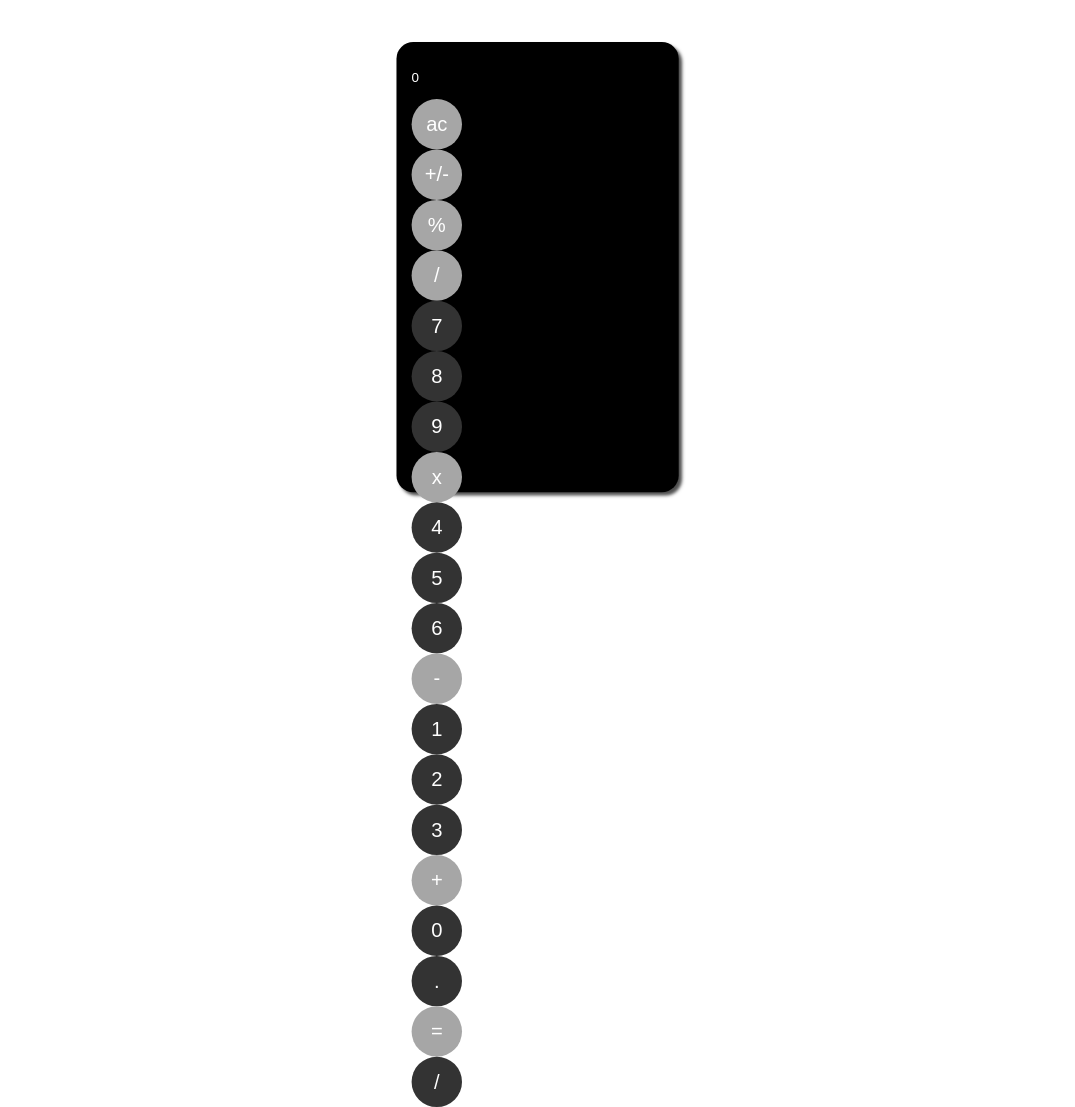
Repository: batonAnton/iphoneCalculator
Page: index.html
The author's editor kept a copy of each file at every save. The page is drawn from the files as they stood at one save, then again after the next save.
The browser window is 1280 px wide. The pictures show the whole page, at 84% of full size.

Above is the page before, as saved 2022-03-09 18:18:18.

### index.html
<!DOCTYPE html>
<html lang="en">
<head>
    <meta charset="UTF-8">
    <meta http-equiv="X-UA-Compatible" content="IE=edge">
    <meta name="viewport" content="width=device-width, initial-scale=1.0">
    <title>Calculator</title>
    <link rel="stylesheet" href="style.css">
</head>
<body>
    <div class="calc">
        <div class="calc-screen">
            <p>0</p>
        </div>
        <div class="butons">
             <div class="btn ac bg-grey">ac</div>
             <div class="btn plus-minus bg-grey">+/-</div>
             <div class="btn percent bg-grey">%</div>
             <div class="btn division bg-orange">/</div>

             <div class="btn seven">7</div>
             <div class="btn eight">8</div>
             <div class="btn nine">9</div>
             <div class="btn multiply bg-orange">x</div>

             <div class="btn four">4</div>
             <div class="btn five">5</div>
             <div class="btn six">6</div>
             <div class="btn minus bg-orange">-</div>

             <div class="btn one">1</div>
             <div class="btn two">2</div>
             <div class="btn three">3</div>
             <div class="btn plus bg-orange ">+</div>

             <div class="btn zero">0</div>
             <div class="btn dot">.</div>
             <div class="btn equal bg-orange">=</div>
             <div class="btn">/</div>
        </div>
    </div>
</body>
</html>

### style.css
/*
colors
bg #000
orange #ff9501
grey #a6a6a6
white #fdfdfd
*/

.calc {
  margin: 50px auto;
  width: 300px;
  height: 500px;
  /* border: 1px solid#000;  */
  border-radius: 20px;
  background: #000;
  color: #fff;
  font-family: Arial, Helvetica, sans-serif;
  padding: 18px;
  box-shadow: 4px 4px 4px #4f4f4f;
}
.buttons {
  display: grid;
}
.btn {
  width: 60px;
  height: 60px;
  background-color: #333;
  border-radius: 50%;
  text-align: center;
  line-height: 60px;
  font-size: 1.5rem;
  cursor: pointer;
}

.btn:hover {
  filter: brightness(120%);
}

.btn:active {
  filter: brightness(90%);
}

.bg-grey {
  background-color: #a6a6a6;
}

.bg-orange {
    background-color: #a6a6a6;
  }

After the next save:
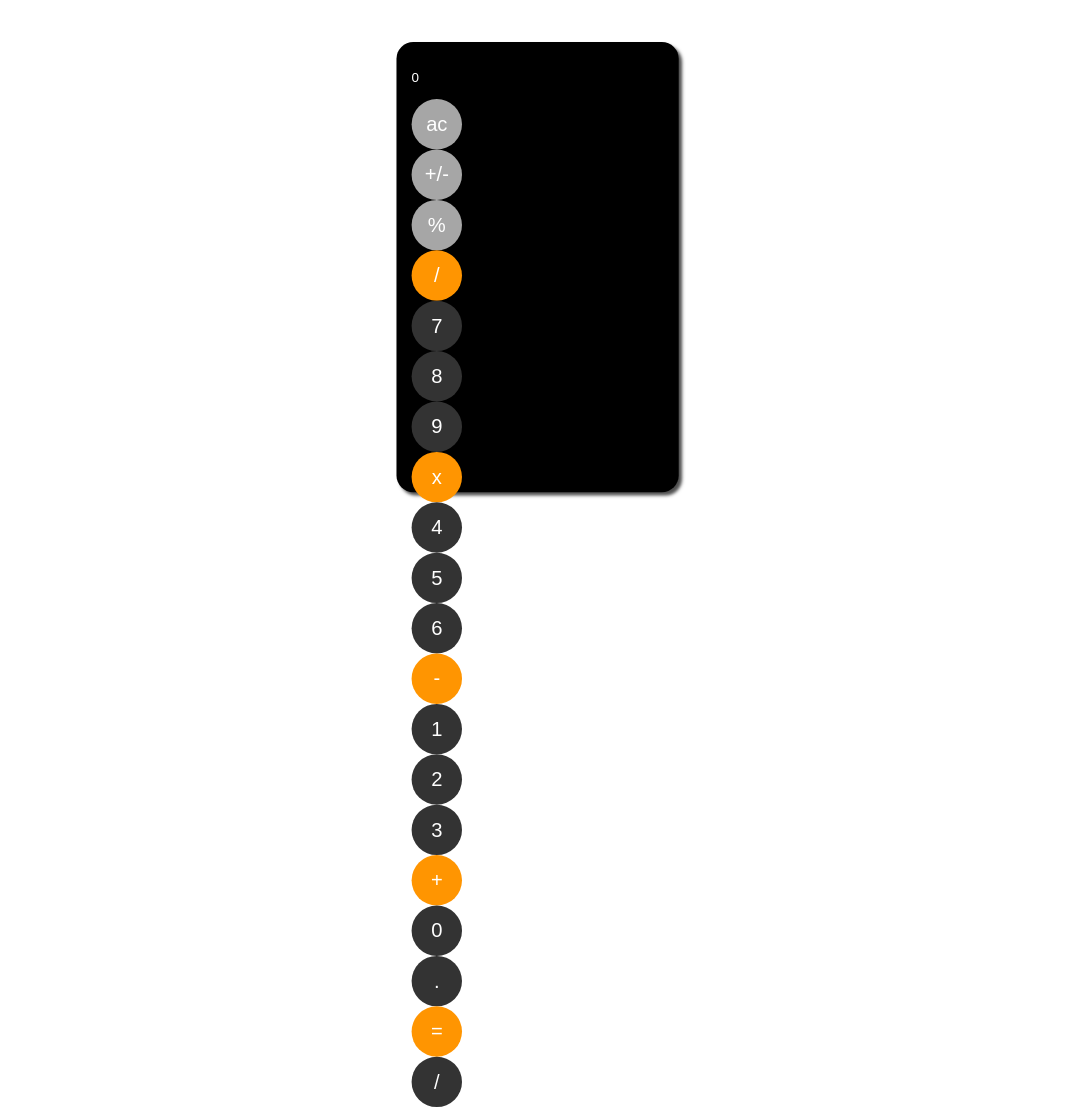
Saved 5 min 1 s later.
--- a/style.css
+++ b/style.css
@@ -20,6 +20,8 @@ white #fdfdfd
 }
 .buttons {
   display: grid;
+  grid-template-areas:
+  ac plus-minus percent divi ;
 }
 .btn {
   width: 60px;
@@ -45,5 +47,5 @@ white #fdfdfd
 }
 
 .bg-orange {
-    background-color: #a6a6a6;
-  }
+  background-color: #ff9501;
+}
